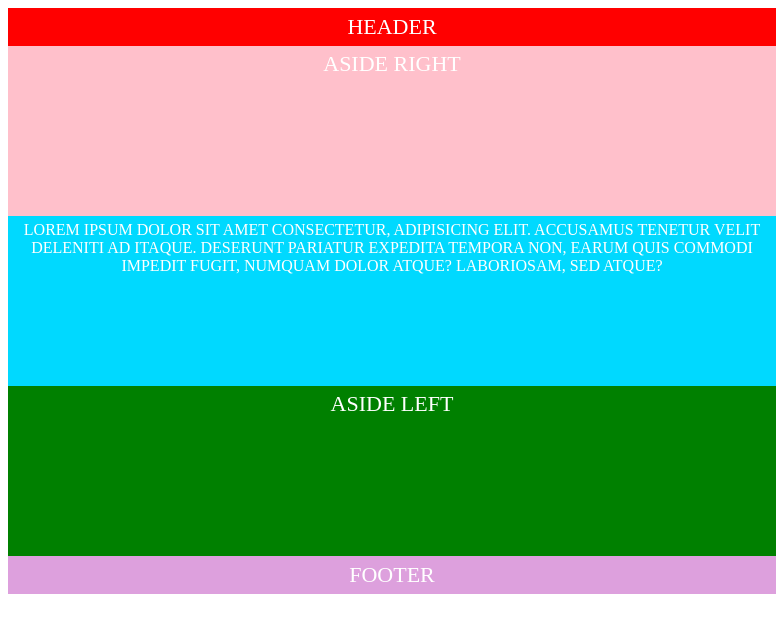
Repository: magdaf41/CSS
Page: zadanie_7/index.html
These files come from the project's save history. The page is drawn as it stood at one moment and after the next save; the edit follows.
The browser window is 768 px wide. The page is 776 px wide, so the pictures cover 776 px, including what lies to the right of the window. The pictures show the whole page.

Above is the page before, as saved 2020-08-24 21:54:59.

### zadanie_7/index.html
<!DOCTYPE html>
<html lang="en">

<head>
    <meta charset="UTF-8">
    <meta name="viewport" content="width=device-width, initial-scale=1.0">
    <title>Document</title>
    <link rel="stylesheet" href="css/style.css">
</head>

<body>
    <h1>Header</h1>
    <main id="container">
        <aside id="left">Aside left</aside>
        <p>Lorem ipsum dolor sit amet consectetur, adipisicing elit. Accusamus tenetur velit deleniti ad itaque. Deserunt
            pariatur expedita tempora non, earum quis commodi impedit fugit, numquam dolor atque? Laboriosam, sed atque?</p>
        <aside id="right">Aside right</aside>
    </main>

    <footer>Footer</footer>
</body>

</html>

### zadanie_7/css/style.css
*{
    box-sizing: border-box;
    text-transform: uppercase;
    color: white;
    width: 100%;
    font-size: 22px;
    text-align: center;
}

main {
    display: flex;
    align-content: flex-start;
    height: 400px;
}

h1{
    background-color: red;
    margin: auto;
    height: 10%;
    font-weight: normal;
    margin: auto;
    padding: 6px 0;
}

p{
    background-color: rgb(0, 217, 255);
    width: 50%;
    margin: 0;
    padding: 2px 0 100px 0;
}
aside{
    width: 25%;
    padding: 2px;
}

#left{
    background-color: green;
    float: left;
}
#right{
    background-color: pink;
    float: right;
}
footer{
    background-color: plum;
    height: 10%;
    padding: 6px 0;
}

@media screen and (max-width: 992px) {
    main{
        flex-wrap: wrap-reverse;

    }
    p{
        width: 70%;
        height: 200px;
        padding: 5px;

    }
    #right{
        width: 30%;
        height: 200px;
        padding: 5px;

    }
    #left{
        width: 100%;
        height: 200px;
        padding: 5px;
    }

    @media screen and (max-width: 768px){

        main{
            flex-wrap: wrap-reverse;
            height: 510px;

        }
        p{
            width: 100%;
            height: 170px;
            padding: 5px;
            font-size: 16px;

        }
        #right{
            width: 100%;
            height: 170px;
            padding: 5px;

        }
        #left{
            width: 100%;
            height: 170px;
            padding: 5px;
        }
    }

After the next save:
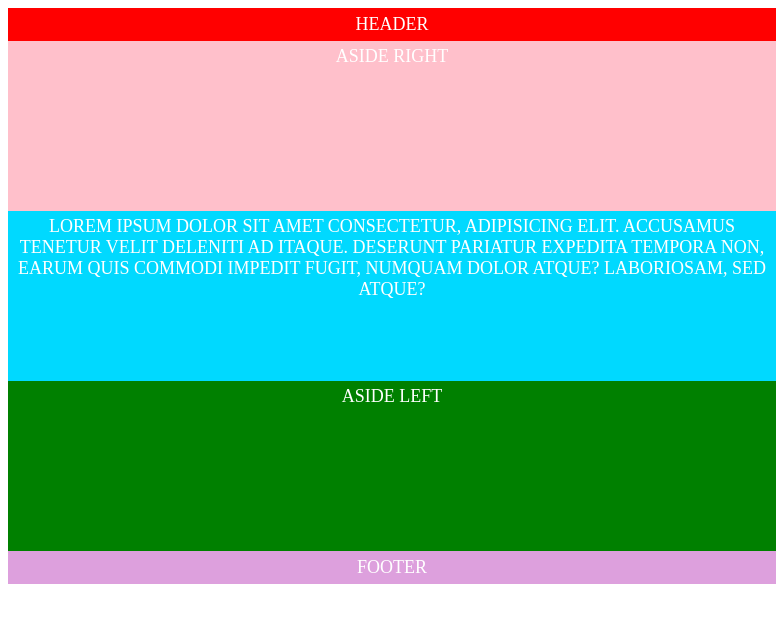
Saved 51 s later.
--- a/zadanie_7/css/style.css
+++ b/zadanie_7/css/style.css
@@ -72,6 +72,9 @@ footer{
 
     @media screen and (max-width: 768px){
 
+        *{
+            font-size: 18px;
+        }
         main{
             flex-wrap: wrap-reverse;
             height: 510px;
@@ -81,7 +84,6 @@ footer{
             width: 100%;
             height: 170px;
             padding: 5px;
-            font-size: 16px;
 
         }
         #right{
